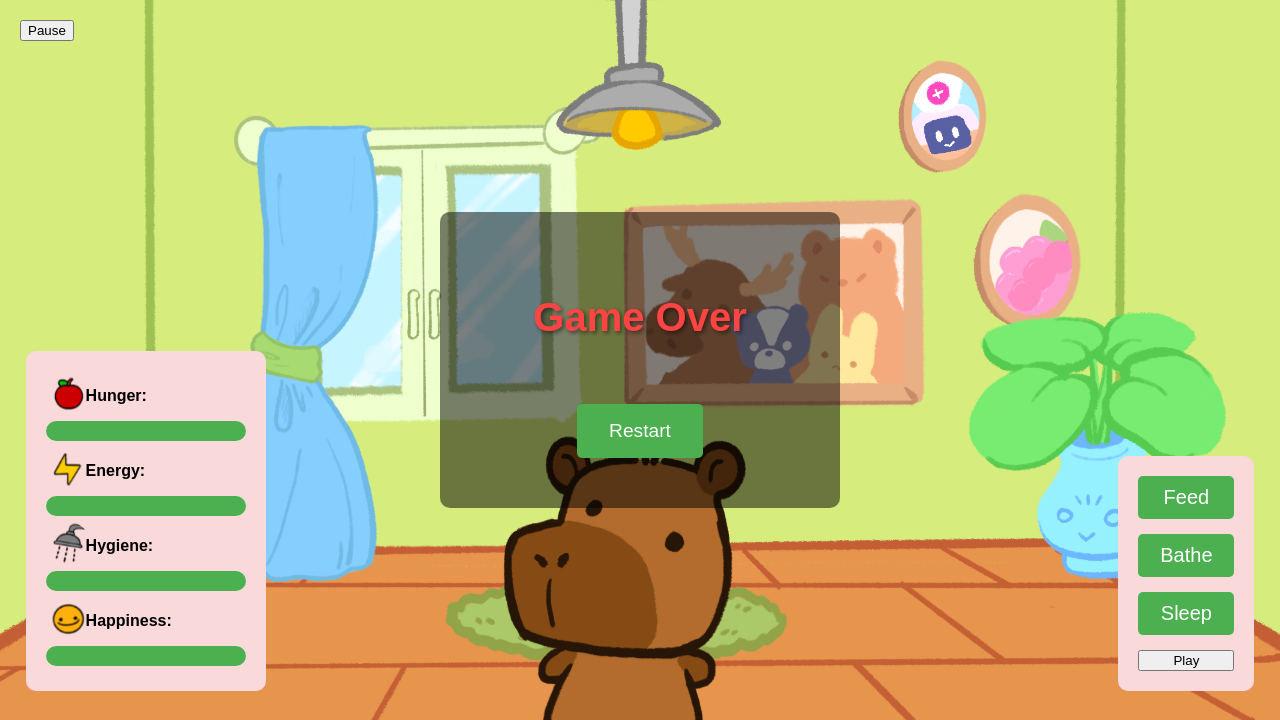
Repository: sarahjx/CapyCare
Page: html/index.html
An editor plug-in stored every save of this project. The page is shown before and after the next save, followed by the edit.
The browser window is 1280 px wide. The pictures show the whole page.
Some web fonts or font styles are not loaded; a fallback is used.

Above is the page before, as saved 2025-05-01 14:57:29.
Console error: TypeError: Cannot set properties of null (setting 'innerText')

### html/index.html
<!-- @format -->

<!DOCTYPE html>
<html lang="en">
  <head>
    <meta charset="UTF-8" />
    <meta name="viewport" content="width=device-width, initial-scale=1.0" />
    <title>Virtual Pet Game</title>
    <link rel="preconnect" href="https://fonts.googleapis.com">
    <link rel="preconnect" href="https://fonts.gstatic.com" crossorigin>
    <link href="https://fonts.googleapis.com/css2?family=McLaren&display=swap" rel="stylesheet">
    <link rel="stylesheet" href="../css/statusbar.css" />
  </head>
  <body>

    <div class="pet-container">
      <img class="pet-image" src="../images/capybara.png" alt="capybara" />
    </div>

    <div class="status-bar-container">

      <div class="status-bar">
        <div class="status-icon-container">
        <span class="hunger-icon"><img src="../images/hunger.svg" alt="hunger icon"></span>
        <span class="status-label">Hunger:</span>
        </div>
        <div class="status-progress">
          <div id="hunger-fill" class="status-fill"></div>
        </div>
        <div id="hunger-warning" class="warning"></div>
      </div>

      <div class="status-bar">
        <div class="status-icon-container">
        <span class="energy-icon"><img src="../images/energy.svg" alt="energy icon"></span>
        <span class="status-label">Energy:</span>
        </div>
        <div class="status-progress">
          <div id="energy-fill" class="status-fill"></div>
        </div>
        <div id="energy-warning" class="warning"></div>
      </div>

      <div class="status-bar">
        <div class="status-icon-container">
        <span class="hygiene-icon"><img src="../images/hygiene.svg" alt="hygiene icon"></span>
        <span class="status-label">Hygiene:</span>
        </div>
        <div class="status-progress">
          <div id="hygiene-fill" class="status-fill"></div>
        </div>
        <div id="hygiene-warning" class="warning"></div>
      </div>

      <div class="status-bar">
        <div class="status-icon-container">
        <span class="happiness-icon"><img src="../images/happiness.svg" alt="hygiene icon"></span>
        <span class="status-label">Happiness:</span>
        </div>
        <div class="status-progress">
          <div id="happiness-fill" class="status-fill"></div>
        </div>
        <div id="happiness-warning" class="warning"></div>
      </div>
    </div>

      <div class="action-buttons">
        <button class="action-button" onclick="feedPet(currentPet)">Feed</button>
        <button class="action-button" onclick="bathePet(currentPet)">Bathe</button>
        <button class="action-button" onclick="bedtime(currentPet)">Sleep</button>
        <button onclick="touchPet(currentPet)">Play</button>
      </div>
      <button class="pause-button" onclick="togglePause()" class="pause-button">
        Pause
      </button>
    </div>

    <div id="gameOverScreen" class="game-over-screen">
      <div class="game-over-content">
        <h2>Game Over</h2>
        <p id="gameOverMessage"></p>
        <button class="restart-button" onclick="resetGame()">Restart</button>
      </div>
    </div>

    <script src="../backend/status.js"></script>
  </body>
</html>

### css/statusbar.css
/** @format */

:root {
  --primary-color: #f9d9d9;
  --secondary-color: #d9e7f9;
  --tertiary-color: #fff1fb;
  --accent-color: #f7efd7;
  --text-color: #333;
  --spacing-xs: 0.5rem;
  --spacing-sm: 0.75rem;
  --spacing-md: 1rem;
  --spacing-lg: 1.5rem;
  --spacing-xl: 2rem;
  --spacing-xxl: 3rem;
  --font-family: "McLaren", sans-serif;
  --font-size-xs: 0.75rem;
  --font-size-sm: 0.875rem;
  --font-size-md: 1rem;
  --font-size-lg: 1.125rem;
  --font-size-xl: 1.25rem;
  --font-size-xxl: 1.5rem;
}

body {
  font-family: var(--font-family);
  margin: 0 auto;
  padding: 20px;
  background-image: url("../images/room.png");
  background-size: cover;
  background-repeat: no-repeat;
  background-attachment: fixed;
  background-position: center;
}

.pet-container {
  display: flex;
  flex-direction: column;
  align-items: center;
  justify-content: center;
}

.pet-image {
  transform: scale(0.3);
  position: fixed;
  margin-top: 1200px;
}

.status-bar-container {
  position: fixed;
  background-color: var(--primary-color);
  padding: 20px;
  border-radius: 10px;
  display: inline-flex;
  flex-direction: column;
  bottom: 4%;
  left: 2%;
}

.status-icon-container {
  display: flex;
  align-items: center;
  margin-bottom: 0;
}

.hunger-icon,
.energy-icon,
.happiness-icon,
.hygiene-icon {
  width: 10px;
  height: auto;
  margin-right: 30px;
}

.status-bar {
  margin: 0;
}

.status-label {
  display: inline-block;
  width: 100px;
  font-weight: bold;
  margin: 0;
}

.status-progress {
  width: 200px;
  height: 20px;
  background-color: #ffffff;
  border-radius: 10px;
  overflow: hidden;
  position: relative;
}

.status-fill {
  height: 100%;
  width: 100%;
  position: absolute;
  left: 0;
  top: 0;
  background-color: #4caf50;
  transition: width 0.3s ease;
}

.status-row {
  display: flex;
  align-items: center;
  gap: 10px;
  margin-bottom: 10px;
}

.status-icon {
  width: 24px;
  height: 24px;
}

.status-value {
  min-width: 50px;
  text-align: right;
  font-weight: bold;
  color: #333;
}

.action-buttons {
  margin-top: 20px;
  display: inline-flex;
  flex-direction: column;
  padding: 20px;
  border-radius: 10px;
  gap: 15px;
  background-color: var(--primary-color);
  position: fixed;
  right: 2%;
  bottom: 4%;
}

.action-button {
  padding: 10px;
  border: none;
  border-radius: 5px;
  background-color: #4caf50;
  color: white;
  cursor: pointer;
  transition: background-color 0.3s;
  width: 6rem;
  font-family: var(--font-family);
  font-weight: 7pt;
  font-size: var(--font-size-xl);
}

.restart-button {
  pas
}

button:hover {
  background-color: #45a049;
}

.warning {
  color: #ff9800;
  font-weight: bold;
  margin-top: 5px;
}

.critical {
  color: #f44336;
  font-weight: bold;
  margin-top: 5px;
}

.hidden {
  display: none;
}

.game-over-overlay {
  position: fixed;
  top: 0;
  left: 0;
  right: 0;
  bottom: 0;
  width: 100vw;
  height: 100vh;
  background-color: rgba(0, 0, 0, 0.2);
  display: none;
  z-index: 1000;
  margin: 0;
  padding: 0;
}

.game-over-content {
  position: fixed;
  display: flex;
  flex-direction: column;
  justify-content: center;
  align-items: center;
  left: 50%;
  top: 50%;
  transform: translate(-50%, -50%);
  padding: 50px;
  background-color: rgba(0, 0, 0, 0.5);
  color: white;
  border-radius: 10px;
  z-index: 1001;
  min-width: 300px;
}

.game-over-content h2 {
  color: #ff4444;
  font-size: 2.5rem;
  text-align: center;
  margin-bottom: 2rem;
  text-shadow: 2px 2px 4px rgba(0, 0, 0, 0.5);
}

.game-over-content button {
  padding: 1rem 2rem;
  font-size: 1.2rem;
  background-color: #4caf50;
  color: white;
  border: none;
  border-radius: 5px;
  cursor: pointer;
  transition: background-color 0.3s;
}

.game-over-content button:hover {
  background-color: #45a049;
}

### backend/status.js
/** @format */

function Personality(favFood, active, clean, clingy, foodLover, introText) {
  this.favFood = favFood;
  this.active = active;
  this.clean = clean;
  this.clingy = clingy;
  this.foodLover = foodLover;
  this.intro = introText;
}

const mix1 = new Personality(
  "Sunfruit",
  true,
  true,
  true,
  true,
  "This pet is energetic and playful, always ready to explore or play. They love the taste of Sunfruit and will happily eat it when offered, but they'll need constant attention, so expect lots of petting and cuddling. Despite their active nature, they stay clean and are easy to bathe. This pet loves affection and will return it in kind!"
);
const mix2 = new Personality(
  "Snakberry",
  true,
  true,
  false,
  true,
  "This pet is full of energy and loves to make the most of their days. They are particularly fond of Snakberries, which they will devour happily, but they tend to get hungry more often due to their high energy levels. Despite their active nature, they keep themselves clean and are easy to bathe. They're not overly clingy, so while they'll happily spend time with you, they won't be demanding affection constantly."
);
const mix3 = new Personality(
  "Dreamleaf",
  false,
  false,
  true,
  false,
  "This pet is laid-back and enjoys spending time with you, always seeking your company. They love Dreamleaf as a treat, but they're not particularly food-driven and don't get hungry as often. While they may get a little dirty from time to time, they tend to move around when you try to bathe them. Expect them to seek out your attention frequently, and be ready to shower them with love when they come to you for pets."
);

const personalities = [mix1, mix2, mix3];

// Global variables
let currentPet = null;
let hunger = 100;
let energy = 100;
let hygiene = 100;
let happiness = 100;
let isGameOver = false;
let isPaused = false;

// Store interval IDs globally
let hungerInterval = null;
let energyInterval = null;
let hygieneInterval = null;
let happinessInterval = null;

// Initialize the game
function initializeGame() {
  currentPet = getRandomPersonality();
  hunger = 100;
  energy = 100;
  hygiene = 100;
  happiness = 100;
  updateStatusBars();
  updateIntervals();
}

function getRandomPersonality() {
  const randomIndex = Math.floor(Math.random() * personalities.length);
  currentPet = personalities[randomIndex];
  console.log("New pet initialized:", currentPet.intro);
  return currentPet;
}

// Personality-based status decrease functions
function decreaseHunger() {
  if (!currentPet || isGameOver) return;
  const decreaseAmount = currentPet.foodLover ? 15 : 10;
  hunger = Math.max(0, hunger - decreaseAmount);
  updateStatusBars();
  if (hunger === 0 && checkGameOver()) return;
}

function decreaseEnergy() {
  if (!currentPet || isGameOver) return;
  const decreaseAmount = currentPet.active ? 15 : 10;
  energy = Math.max(0, energy - decreaseAmount);
  updateStatusBars();
  if (energy === 0 && checkGameOver()) return;
}

function decreaseHygiene() {
  if (!currentPet || isGameOver) return;
  const decreaseAmount = currentPet.clean ? 8 : 12;
  hygiene = Math.max(0, hygiene - decreaseAmount);
  updateStatusBars();
  if (hygiene === 0 && checkGameOver()) return;
}

function decreaseHappiness() {
  if (!currentPet || isGameOver) return;
  const decreaseAmount = currentPet.clingy ? 15 : 10;
  happiness = Math.max(0, happiness - decreaseAmount);
  updateStatusBars();
  if (happiness === 0 && checkGameOver()) return;
}

// Update intervals with personality-based timing
function updateIntervals() {
  // Clear any existing intervals
  if (hungerInterval) clearInterval(hungerInterval);
  if (energyInterval) clearInterval(energyInterval);
  if (hygieneInterval) clearInterval(hygieneInterval);
  if (happinessInterval) clearInterval(happinessInterval);

  // Set new intervals based on personality
  hungerInterval = setInterval(
    () => {
      decreaseHunger();
      warning();
    },
    currentPet.foodLover ? 6000 : 8000
  );

  energyInterval = setInterval(
    () => {
      decreaseEnergy();
      warning();
    },
    currentPet.active ? 8000 : 12000
  );

  hygieneInterval = setInterval(
    () => {
      decreaseHygiene();
      warning();
    },
    currentPet.clean ? 18000 : 15000
  );

  happinessInterval = setInterval(
    () => {
      decreaseHappiness();
      warning();
    },
    currentPet.clingy ? 8000 : 10000
  );

  console.log("Intervals updated for pet:", currentPet.intro);
}

// Pause game function
function pauseGame() {
  if (hungerInterval) clearInterval(hungerInterval);
  if (energyInterval) clearInterval(energyInterval);
  if (hygieneInterval) clearInterval(hygieneInterval);
  if (happinessInterval) clearInterval(happinessInterval);
  console.log("Game paused");
}

// Resume game function
function resumeGame() {
  updateIntervals();
  console.log("Game resumed");
}

function touchPet(personality) {
  if (personality.clingy) {
    gainStatus("happiness");
    console.log("Your pet loves the attention!");
  } else {
    loseStatus("happiness");
    console.log("Your pet prefers their space.");
  }
}

function feedPet(personality) {
  gainStatus("hunger"); // Always increase hunger
  if (personality.foodLover) {
    gainStatus("happiness");
    console.log("Your pet loves the food!");
  } else {
    loseStatus("happiness");
    console.log("Your pet isn't very interested in food.");
  }
}

function bathePet(personality) {
  gainStatus("hygiene"); // Always increase hygiene
  if (personality.clean) {
    gainStatus("happiness");
    console.log("Your pet enjoys being clean!");
  } else {
    loseStatus("happiness");
    console.log("Your pet doesn't like baths.");
  }
}

function bedtime(personality) {
  const petImage = document.querySelector(".pet-image");
  if (petImage) {
    // Store the current image to return to
    const currentImage = petImage.src;

    // Show sleeping animation
    petImage.src = "../images/Sleep.PNG";

    // After 3 seconds, restore the previous state
    setTimeout(() => {
      updatePetImage();
    }, 3000);
  }

  gainStatus("energy"); // Always increase energy
  if (personality.active) {
    loseStatus("happiness");
    console.log("Your pet is too energetic to sleep!");
  } else {
    gainStatus("happiness");
    console.log("Your pet enjoys resting.");
  }
}

function gainStatus(category) {
  switch (category) {
    case "hunger":
      if (hunger >= 100) {
        console.log("Hunger is full!");
      } else if (hunger < 100) {
        hunger += 10;
        console.log("Hunger: " + hunger);
      }
      break;
    case "energy":
      if (energy >= 100) {
        console.log("Energy is full!");
      } else if (energy < 100) {
        energy += 10;
        console.log("Energy: " + energy);
      }
      break;
    case "hygiene":
      if (hygiene >= 100) {
        console.log("Hygiene is full!");
      } else if (hygiene < 100) {
        hygiene += 10;
        console.log("Hygiene: " + hygiene);
      }
      break;
    case "happiness":
      if (happiness >= 100) {
        console.log("Happiness is full!");
      } else if (happiness < 100) {
        happiness += 10;
        console.log("Happiness: " + happiness);
      }
      break;
    default:
      console.log("Invalid category");
  }
}

function loseStatus(category) {
  switch (category) {
    case "hunger":
      if (hunger <= 0) {
        console.log("Hunger is empty!");
        hunger = 0;
      } else if (hunger > 0) {
        hunger -= 10;
        console.log("Hunger: " + hunger);
      }
      break;
    case "energy":
      if (energy <= 0) {
        console.log("Energy is empty!");
        energy = 0;
      } else if (energy > 0) {
        energy -= 10;
        console.log("Energy: " + energy);
      }
      break;
    case "hygiene":
      if (hygiene <= 0) {
        console.log("Hygiene is empty!");
        hygiene = 0;
      } else if (hygiene > 0) {
        hygiene -= 10;
        console.log("Hygiene: " + hygiene);
      }
      break;
    case "happiness":
      if (happiness <= 0) {
        console.log("Happiness is empty!");
        happiness = 0;
      } else if (happiness > 0) {
        happiness -= 3;
        console.log("Happiness: " + happiness);
      }
      break;
    default:
      console.log("Invalid category");
  }
}

function warning() {
  // Hunger warnings
  if (hunger <= 50 && hunger > 20) {
    document.getElementById("hunger-warning").textContent =
      "Your pet is getting hungry!";
    document.getElementById("hunger-warning").className = "warning";
  } else if (hunger <= 20 && hunger > 0) {
    document.getElementById("hunger-warning").textContent =
      "Your pet is starving!";
    document.getElementById("hunger-warning").className = "critical";
  } else {
    document.getElementById("hunger-warning").textContent = "";
  }

  // Energy warnings
  if (energy <= 50 && energy > 20) {
    document.getElementById("energy-warning").textContent =
      "Your pet is getting tired!";
    document.getElementById("energy-warning").className = "warning";
  } else if (energy <= 20 && energy > 0) {
    document.getElementById("energy-warning").textContent =
      "Your pet is exhausted!";
    document.getElementById("energy-warning").className = "critical";
  } else {
    document.getElementById("energy-warning").textContent = "";
  }

  // Hygiene warnings
  if (hygiene <= 50 && hygiene > 20) {
    document.getElementById("hygiene-warning").textContent =
      "Your pet needs a bath!";
    document.getElementById("hygiene-warning").className = "warning";
  } else if (hygiene <= 20 && hygiene > 0) {
    document.getElementById("hygiene-warning").textContent =
      "Your pet is filthy!";
    document.getElementById("hygiene-warning").className = "critical";
  } else {
    document.getElementById("hygiene-warning").textContent = "";
  }

  // Happiness warnings
  if (happiness <= 50 && happiness > 20) {
    document.getElementById("happiness-warning").textContent =
      "Your pet is getting sad!";
    document.getElementById("happiness-warning").className = "warning";
  } else if (happiness <= 20 && happiness > 0) {
    document.getElementById("happiness-warning").textContent =
      "Your pet is depressed!";
    document.getElementById("happiness-warning").className = "critical";
  } else {
    document.getElementById("happiness-warning").textContent = "";
  }
}

function checkGameOver() {
  if (hunger <= 0 || energy <= 0 || hygiene <= 0 || happiness <= 0) {
    isGameOver = true;
    pauseGame();
    showGameOver();
    return true;
  }
  return false;
}

function showGameOver() {
  let reason = "";
  if (hunger <= 0) reason = "Your pet starved to death!";
  else if (energy <= 0) reason = "Your pet died from exhaustion!";
  else if (hygiene <= 0) reason = "Your pet died from poor hygiene!";
  else if (happiness <= 0) reason = "Your pet died from sadness!";

  console.log("GAME OVER: " + reason);
  document.getElementById("gameOverMessage").textContent = reason;
  document.getElementById("gameOverOverlay").style.display = "block";
  document.getElementById("gameOverContent").style.display = "flex";
}

function resetGame() {
  isGameOver = false;
  hunger = 100;
  energy = 100;
  hygiene = 100;
  happiness = 100;
  document.getElementById("gameOverOverlay").style.display = "none";
  document.getElementById("gameOverContent").style.display = "none";
  currentPet = getRandomPersonality();
  updateStatusBars();
  updateIntervals();
}

function togglePause() {
  isPaused = !isPaused;
  const pauseButton = document.getElementById("pauseButton");
  const buttons = document.querySelectorAll(
    ".buttons button:not(#pauseButton)"
  );

  if (isPaused) {
    pauseButton.textContent = "Resume";
    pauseButton.classList.add("paused");
    buttons.forEach((button) => (button.disabled = true));
    pauseGame();
  } else {
    pauseButton.textContent = "Pause";
    pauseButton.classList.remove("paused");
    buttons.forEach((button) => (button.disabled = false));
    resumeGame();
  }
}

// Update status bars
function updateStatusBars() {
  // Update the width of each status bar
  document.getElementById("hunger-fill").style.width = hunger + "%";
  document.getElementById("energy-fill").style.width = energy + "%";
  document.getElementById("happiness-fill").style.width = happiness + "%";
  document.getElementById("hygiene-fill").style.width = hygiene + "%";

  // Update pet image based on status
  updatePetImage();
}

// Override console.log to update UI
const originalConsoleLog = console.log;
console.log = function () {
  originalConsoleLog.apply(console, arguments);
  updateStatusBars();
};

// Simple toggle function
function toggleActions() {
  document.getElementById("action-buttons-column").classList.toggle("hidden");
  document.getElementById("toggle-button").classList.toggle("hidden");
}

// Initialize the game when the page loads
window.addEventListener("load", function () {
  initializeGame();
  // Update status bars every second
  setInterval(updateStatusBars, 1000);
});

// stopwatch

let [hours, minutes, seconds] = [0, 0, 0];
let timer = null;

function updateDisplay() {
  document.getElementById("display").innerText =
    `${String(hours).padStart(2, "0")}:` +
    `${String(minutes).padStart(2, "0")}:` +
    `${String(seconds).padStart(2, "0")}`;
}

function stopwatch() {
  seconds++;
  if (seconds === 60) {
    seconds = 0;
    minutes++;
    if (minutes === 60) {
      minutes = 0;
      hours++;
    }
  }
  updateDisplay();
}

function start() {
  if (timer !== null) return;
  timer = setInterval(stopwatch, 1000);
}

function stop() {
  clearInterval(timer);
  timer = null;
}

function reset() {
  stop();
  [hours, minutes, seconds] = [0, 0, 0];
  updateDisplay();
}

updateDisplay();

function updatePetImage() {
  const petImage = document.querySelector(".pet-image");
  if (!petImage) return;

  // Check if any status is 0 (dead)
  if (hunger <= 0 || energy <= 0 || hygiene <= 0 || happiness <= 0) {
    petImage.src = "../images/Fuckingdead.PNG";
    return;
  }

  // Check for multiple states
  if (hunger <= 60 && hygiene <= 60 && energy <= 60) {
    petImage.src = "../images/Dirty:Hungry:Tired.PNG";
  } else if (hunger <= 60 && hygiene <= 60) {
    petImage.src = "../images/Dirty:hungry.PNG";
  } else if (hunger <= 60 && energy <= 60) {
    petImage.src = "../images/Hungry:Tired.PNG";
  } else if (hygiene <= 60 && energy <= 60) {
    petImage.src = "../images/Dirty:Tired.PNG";
  } else if (energy <= 60) {
    petImage.src = "../images/Sleepy.PNG";
  } else if (hunger <= 60) {
    petImage.src = "../images/Hungry.PNG";
  } else if (hygiene <= 60) {
    petImage.src = "../images/Dirty.PNG";
  } else {
    petImage.src = "../images/Idle.PNG";
  }
}

After the next save:
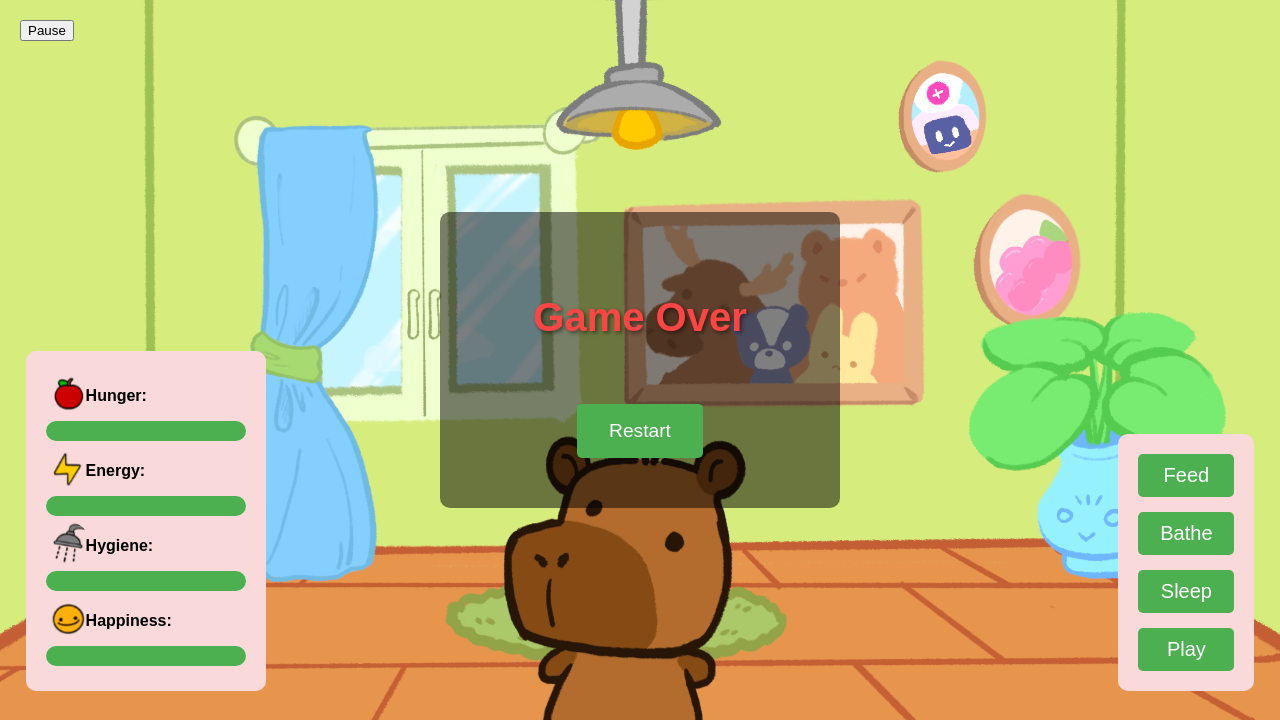
Saved 12 s later.
--- a/html/index.html
+++ b/html/index.html
@@ -68,7 +68,7 @@
         <button class="action-button" onclick="feedPet(currentPet)">Feed</button>
         <button class="action-button" onclick="bathePet(currentPet)">Bathe</button>
         <button class="action-button" onclick="bedtime(currentPet)">Sleep</button>
-        <button onclick="touchPet(currentPet)">Play</button>
+        <button class="action-button" onclick="touchPet(currentPet)">Play</button>
       </div>
       <button class="pause-button" onclick="togglePause()" class="pause-button">
         Pause
